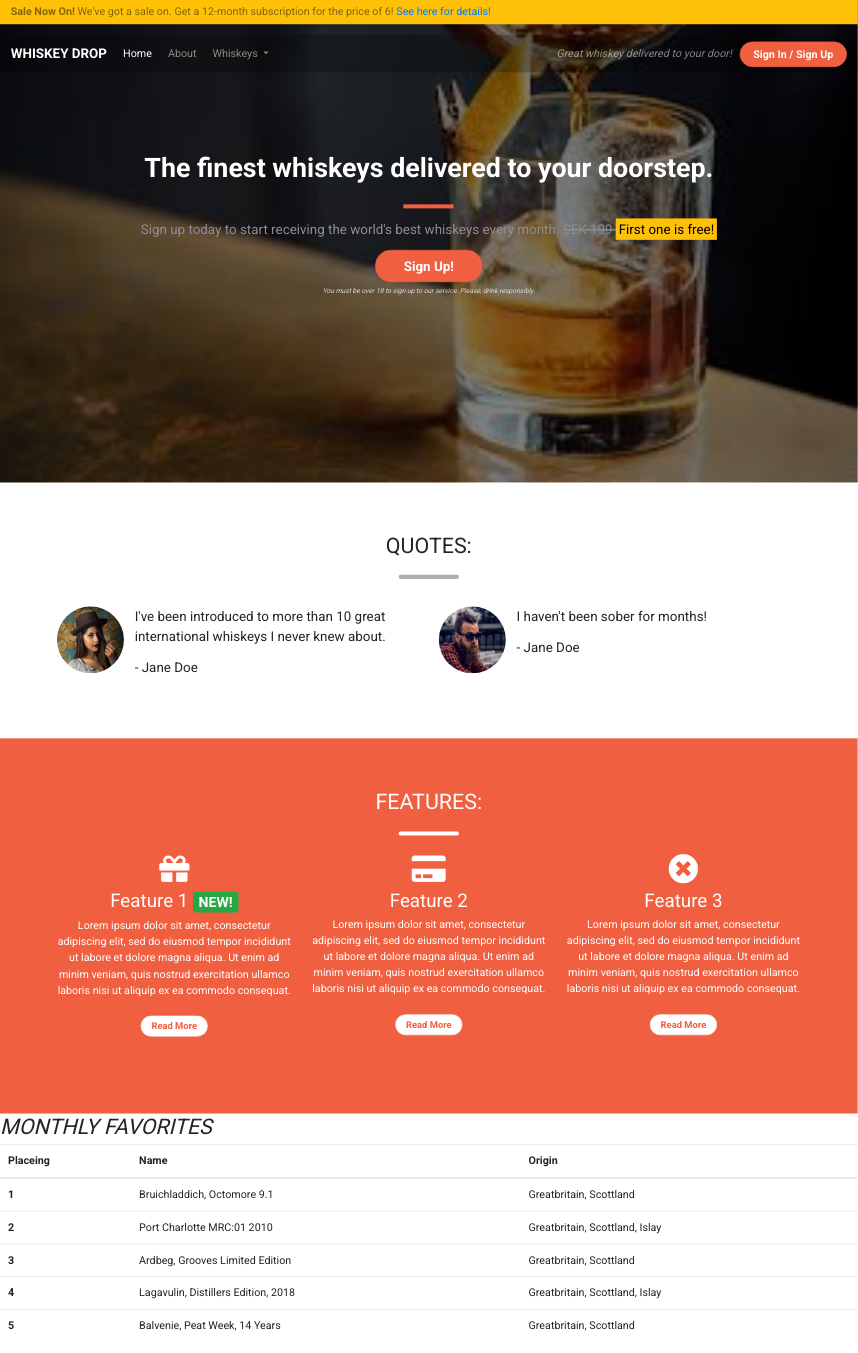
Repository: Jadehammar/Whiskey-drop
Page: index.html
The author's editor kept a record of every edit. The page is drawn from the files as they stood at one moment, then again after the next edit.
The browser window is 1280 px wide. The pictures show the whole page, at 67% of full size.
Backgrounds fixed to the window are drawn as part of the page. Some web libraries are served in a nearby version.

Above is the page before.

### index.html
<!DOCTYPE html>
<html lang="en-us">

<head>
    <meta charset="utf-8">
    <title>Whiskey Drop | Taste a new whiskey every month</title>
    <meta name="viewport" content="width=device-width, initial-scale=1.0">
    <link rel="stylesheet" href="https://maxcdn.bootstrapcdn.com/bootstrap/4.1.3/css/bootstrap.min.css">
    <link rel="stylesheet" href="https://use.fontawesome.com/releases/v5.6.1/css/all.css" integrity="sha384-gfdkjb5BdAXd+lj+gudLWI+BXq4IuLW5IT+brZEZsLFm++aCMlF1V92rMkPaX4PP" crossorigin="anonymous">
    <link href="https://fonts.googleapis.com/css?family=Roboto:400,700" rel="stylesheet">
    <link rel="stylesheet" href="css/style.css" type="text/css" />
</head>

<body>
    <div class="container-fluid navalert-container">
        <div class="container-fluid alert-container">
            <div class="row d-none d-sm-block">
                <div class="col-12">
                    <div class="site-wide-alert alert alert-warning">
                        <strong>Sale Now On!</strong> We've got a sale on. Get a 12-month subscription for the price of 6! <a href="">See here for details!</a>
                    </div>
                </div>
            </div>
        </div>
        <nav class="navbar navbar-dark navbar-expand-sm">
            <a href="/" class="navbar-brand">Whiskey Drop</a>

            <button class="navbar-toggler ml-auto" type="button" data-toggle="collapse" data-target="#navbarNavDropdown" aria-controls="navbarNavDropdown" aria-expanded="false" aria-label="Toggle navigation">
        <span class="navbar-toggler-icon"></span></button>

            <div class="collapse navbar-collapse" id="navbarNavDropdown">
                <ul class="navbar-nav mr-auto">
                    <li class="active nav-item mr-2"><a class="nav-link" href="/">Home</a></li>
                    <li class="nav-item mr-2"><a class="nav-link" href="/about">About</a></li>
                    <li class="nav-item dropdown">
                        <a class="nav-link dropdown-toggle" href="#" id="navbarDropdownMenuLink" role="button" data-toggle="dropdown" aria-haspopup="true" aria-expanded="false">
          Whiskeys
        </a>
                        <div class="dropdown-menu" aria-labelledby="navbarDropdownMenuLink">
                            <a class="dropdown-item" href="#">Irish</a>
                            <a class="dropdown-item" href="#">Scotch</a>
                            <a class="dropdown-item" href="#">Japanese</a>
                            <a class="dropdown-item" href="#">American</a>
                        </div>
                    </li>

                    <li class="nav-item mr-2 d-block d-sm-none"><a class="nav-link" href="/login">Sign In / Sign Up</a></li>
                </ul>
            </div>
            <div class="d-none d-md-block">
                <p class="navbar-text my-auto mr-2"><i>Great whiskey delivered to your door!</i></p>
                <a href="/login" class="btn btn--cta btn--red">Sign In / Sign Up</a>
            </div>
        </nav>
    </div>
    <div class="container-fluid callout-container">
        <!-- Callout -->
        <div class="opaque-overlay">&nbsp;</div>
        <div class="row">
            <div class="col-12">
                <section class="callout jumbotron text-center">
                    <h1 class="jumbotron-header">The finest whiskeys delivered to your doorstep.</h1>
                    <hr class="block-divider block-divider--orange">
                    <p class="lead">Sign up today to start receiving the world's best whiskeys every month.
                        <s class="d-none d-sm-inline">SEK 199 </s>
                        <span class="d-inline d-sm-none"><br></span>
                        <strong><mark>First one is free!</mark></strong></p>
                    <button class="btn btn-lg btn--cta btn--red" data-toggle="modal" data-target="#signUpModal">Sign Up!</button>
                    <p class="text-muted"><small>You must be over 18 to sign up to our service. Please, drink responsibly.</small></p>
                </section>
            </div>
        </div>
        <!-- /.callout -->
    </div>

    <!-- Quotes -->
    <div class="container-wrapper">
        <div class="container quotes-container content-container">
            <section class="quotes">
                <div class="row">
                    <div class="col-12 page-header">
                        <h2 class="text-uppercase">Quotes:</h2>
                        <hr class="block-divider block-divider--short">
                    </div>
                </div>
                <div class="row">
                    <div class="col-12 col-md-6">
                        <div class="media">
                            <div class="d-none d-sm-block">
                                <img src="images/girl-image.png" class="rounded-circle mr-3" height=100 width=100>
                            </div>
                            <div class="media-body">
                                <blockquote class="blockquote">
                                    <p>I've been introduced to more than 10 great international whiskeys I never knew about.</p>
                                    <p>- Jane Doe</p>
                                </blockquote>
                            </div>
                        </div>
                    </div>
                    <div class="col-12 col-md-6">
                        <div class="media">
                            <div class="d-none d-sm-block">
                                <img src="images/guy-image.png" class="rounded-circle mr-3" height=100 width=100>
                            </div>
                            <div class="media-body">
                                <blockquote class="blockquote">
                                    <p>I haven't been sober for months!</p>
                                    <p>- Jane Doe</p>
                                </blockquote>
                            </div>
                        </div>
                    </div>
                </div>
            </section>
            <!-- /.quotes -->
        </div>
    </div>

    <!-- Features -->
    <div class="container-wrapper container-wrapper--red">
        <div class="container features-container content-container">
            <section class="features">
                <div class="row">
                    <div class="col-12 page-header">
                        <h2 class="text-uppercase">Features:</h2>
                        <hr class="block-divider block-divider--short block-divider--white">
                    </div>
                </div>
                <div class="row">
                    <div class="col-12 col-md-6 col-lg-4">
                        <div class="feature">
                            <h3><i class="fas fa-gift d-none d-sm-block"></i> Feature 1 <span class="badge badge-success">NEW!</span></h3>
                            <p>Lorem ipsum dolor sit amet, consectetur adipiscing elit, sed do eiusmod tempor incididunt ut labore et dolore magna aliqua. Ut enim ad minim veniam, quis nostrud exercitation ullamco laboris nisi ut aliquip ex ea commodo consequat.</p>
                            <p><a class="btn btn-sm btn-light btn-primary fn" href="">Read More</a></p>
                        </div>
                    </div>
                    <div class="col-12 col-md-6 col-lg-4">
                        <div class="feature">
                            <h3><i class="fas fa-credit-card d-none d-sm-block"></i> Feature 2</h3>
                            <p>Lorem ipsum dolor sit amet, consectetur adipiscing elit, sed do eiusmod tempor incididunt ut labore et dolore magna aliqua. Ut enim ad minim veniam, quis nostrud exercitation ullamco laboris nisi ut aliquip ex ea commodo consequat.</p>
                            <p><a class="btn btn-sm btn-light btn-primary fn" href="">Read More</a></p>
                        </div>
                    </div>
                    <div class="col-12 d-md-none d-lg-block col-lg-4">
                        <div class="feature">
                            <h3><i class="fas fa-times-circle d-none d-sm-block"></i> Feature 3</h3>
                            <p>Lorem ipsum dolor sit amet, consectetur adipiscing elit, sed do eiusmod tempor incididunt ut labore et dolore magna aliqua. Ut enim ad minim veniam, quis nostrud exercitation ullamco laboris nisi ut aliquip ex ea commodo consequat.</p>
                            <p><a class="btn btn-sm btn-light btn-primary fn" href="">Read More</a></p>
                        </div>
                    </div>
                </div>
            </section>
            <!-- /.features -->
        </div>
    </div>
    <!--table-->
    <section class="Favorites">
        <h2 class="text-uppercase font-italic">Monthly favorites</h2>
        <div class="Favorites">
            <table class="table table-hover">
                <thead>
                    <tr>
                        <th scope="col">Placeing</th>
                        <th scope="col">Name</th>
                        <th scope="col">Origin</th>
                    </tr>
                </thead>
                <tbody>
                    <tr>
                        <th scope="row">1</th>
                        <td>Bruichladdich, Octomore 9.1</td>
                        <td>Greatbritain, Scottland</td>
                    </tr>
                    <tr>
                        <th scope="row">2</th>
                        <td>Port Charlotte MRC:01 2010 </td>
                        <td>Greatbritain, Scottland, Islay</td>
                    </tr>
                    <tr>
                        <th scope="row">3</th>
                        <td>Ardbeg, Grooves Limited Edition</td>
                        <td>Greatbritain, Scottland</td>
                    </tr>
                    <tr>
                        <th scope="row">4</th>
                        <td>Lagavulin, Distillers Edition, 2018</td>
                        <td>Greatbritain, Scottland, Islay</td>
                    </tr>
                    <tr>
                        <th scope="row">5</th>
                        <td>Balvenie, Peat Week, 14 Years</td>
                        <td>Greatbritain, Scottland</td>
                    </tr>
                </tbody>
            </table>
        </div>
    </section>
    <!--table/.-->
    </div>

    <!--Modal-->

    <div class="modal" tabindex="-1" role="dialog" id="SignUpModal">
        <div class="modal-dialog" role="document">
            <div class="modal-content">
                <div class="modal-header">
                    <h5 class="modal-title">Sign Up to Whiskey drop!</h5>
                    <button type="button" class="close" data-dismiss="modal" aria-label="Close">
          <span aria-hidden="true">&times;</span>
        </button>
                </div>
                <div class="modal-body">
                    <form>
                        <div class="form-group">
                            <label for="exampleInputEmail1">Email address</label>
                            <input type="email" class="form-control" id="exampleInputEmail1" aria-describedby="emailHelp" placeholder="Enter email">
                            <small id="emailHelp" class="form-text text-muted">We'll never share your email with anyone else. Only sell it.</small>
                        </div>
                        <div class="form-group">
                            <label for="Password">Password</label>
                            <input type="password" class="form-control" id="Password" placeholder="Password">
                        </div>
                        <div class="form-group">
                            <label for="RepeatPassword">Repeat Password</label>
                            <input type="password" class="form-control" id="RepeatPassword" placeholder="Repeat Password">
                        </div>
                        <button type="submit" class="btn btn-success">Submit</button>
                    </form>
                </div>
            </div>
        </div>
    </div>
    <script src="https://code.jquery.com/jquery-3.3.1.slim.min.js" integrity="sha384-q8i/X+965DzO0rT7abK41JStQIAqVgRVzpbzo5smXKp4YfRvH+8abtTE1Pi6jizo" crossorigin="anonymous"></script>
    <script src="https://cdnjs.cloudflare.com/ajax/libs/popper.js/1.14.7/umd/popper.min.js" integrity="sha384-UO2eT0CpHqdSJQ6hJty5KVphtPhzWj9WO1clHTMGa3JDZwrnQq4sF86dIHNDz0W1" crossorigin="anonymous"></script>
    <script src="https://stackpath.bootstrapcdn.com/bootstrap/4.3.1/js/bootstrap.min.js" integrity="sha384-JjSmVgyd0p3pXB1rRibZUAYoIIy6OrQ6VrjIEaFf/nJGzIxFDsf4x0xIM+B07jRM" crossorigin="anonymous"></script>
</body>

</html>

### css/style.css
body {
    font-family: 'Roboto', sans-serif;
}

.container-wrapper {

}

.container-wrapper--red {
    background-color: #f05f40;
    color: white;
}

.mark,
mark {
    padding: .2em;
    background-color: #ffc107;
}

.alert-container .col-12 {
    padding-left: 0;
    padding-right: 0;
}

.site-wide-alert {
    border-radius: 0;
    padding: 5px 15px;
    color: #856404;
    background-color: #ffc107;
    border-color: #ffc107;
}

.callout-container {
    height: 100vh;
    background: url("../images/whiskey.jpg") no-repeat bottom right fixed;
    -webkit-background-size: cover;
    -moz-background-size: cover;
    -o-background-size: cover;
    background-size: cover;

    display: flex;
    align-items: center;
    justify-content: center;

    position: relative;
}

.quotes-container {}

.features-container {}

.opaque-overlay {
    position: absolute;
    top: 0;
    left: 0;
    height: 100%;
    width: 100%;
    background-color: rgba(0, 0, 0, 0.5);
}

/*Block-dividers*/

.block-divider {
    width: 75px;
    height: 6px;
    border: 0;
}

.block-divider--yellow {
    background-color: #f1ce19
}

.block-divider--orange {
    background-color: #f05f40;
}

.block-divider--short {
    height: 6px;
    border: 0px;
    margin-top: 25px;
    border-radius: 20px;
    width: 90px;
    background-color: #aeaeaa;
}

.block-divider--white {
    background-color: white;
    margin-top: 25px;
    border-radius: 20px;
    width: 90px;
    margin-bottom: 40px;
}

/*Content containers*/

.content-container {
    padding-bottom: 75px;
    padding-top: 75px;
}


/*jumbotron*/

.jumbotron {
    background-color: transparent;
}

.jumbotron small {
    font-size: 10px;
    font-style: italic;
    color: #dad9d3;
}

.jumbotron .lead {
    color: #8f8c98;

}

.jumbotron-header {
    color: white;
    font-weight: bold;
    margin-bottom: 30px;
}

/*navbar*/

.navalert-container {
    position: absolute;
    top: 0;
    left: 0;
    padding-left: 0;
    padding-right: 0;
    z-index: 1;
}

.navbar {
    margin-bottom: 0;
    border: 0;
    background-color: rgba(0, 0, 0, 0.25)
}

.navbar .navbar-toggler {
    border: 0;
}

.navbar-brand {
    text-transform: uppercase;
    font-weight: bold;
}

.navbar navbar-nav a {
    font-weight: bold;

}

/*Buttons*/

.btn--cta {
    font-weight: bold;
    border-radius: 23px;
    width: 160px;
}

.btn--red {
    color: white;
    background-color: #f05f40;
    border-color: #f05f40;
}

.btn-warning {
    color: #212529;
    background-color: #ffc107;
    border-color: #ffc107;
}

.btn-primary.fn:hover {
    margin-left: 0px;
    background-color: green;
    transition: color .5s ease,background-color .5s ease-out;
    transition: border .5s ease, background-color .5s ease-out;
    text-transform: none;
    border: 1px;
    color: #ffffff;
}

/*page-headers*/

.page-header {
    margin-bottom: 0;
    border-bottom: 0;
    text-align: center;
}

.page-header h2 {
    margin-top: 0;
}

.quotes .page-header {
    margin-bottom: 25px;
}

.feature {
    text-align: center;
    margin-bottom: 40px;
}

.feature i {
    margin-bottom: 20px;
    font-size: 45px;
    line-height: 20px;
}

.feature .btn {
    background-color: white;
    border-radius: 15px;
    min-width: 100px;
    font-weight: bold;
    margin-top: 10px;
    color: #f05f40;
}

After the next edit:
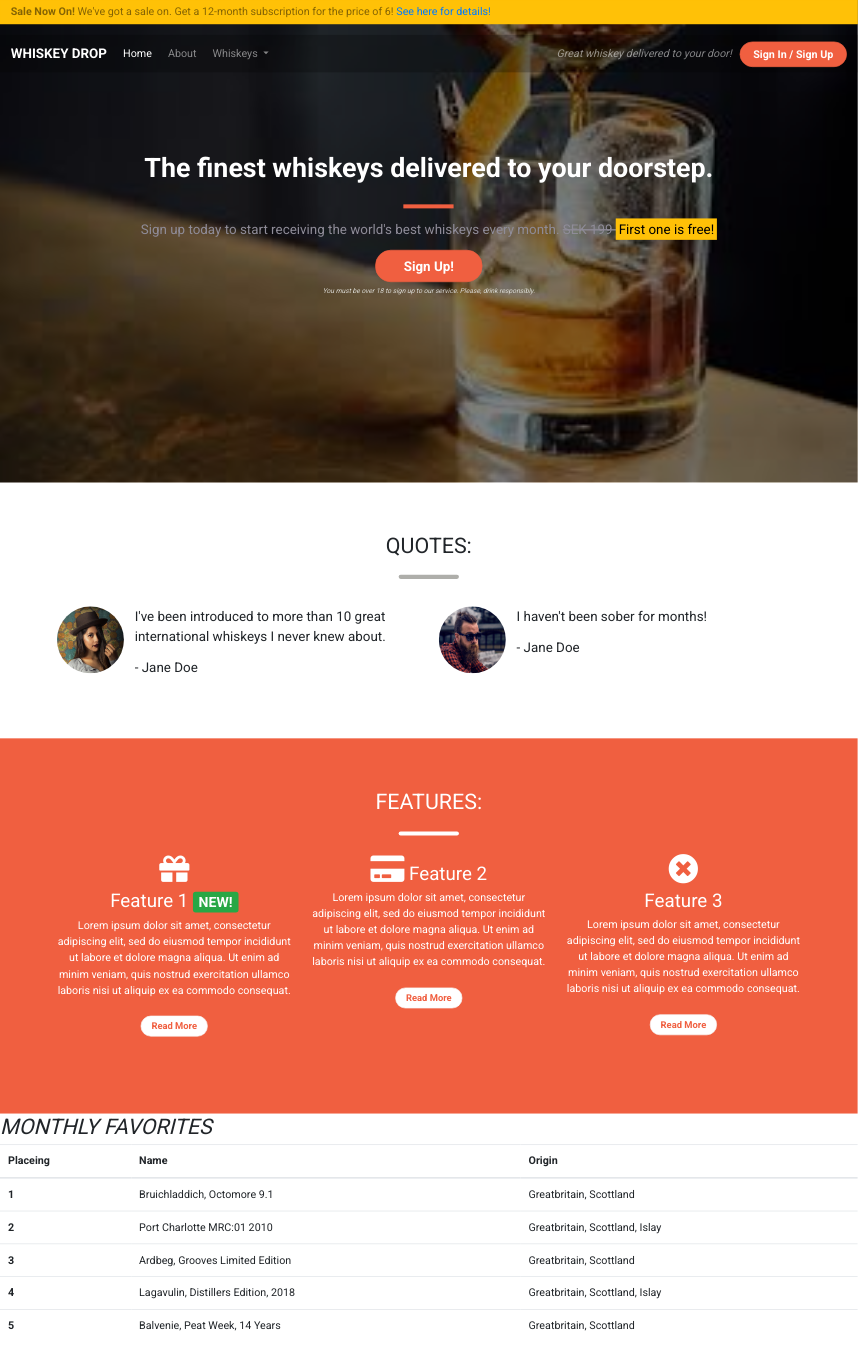
The edit:
--- a/index.html
+++ b/index.html
@@ -136,7 +136,7 @@
                     </div>
                     <div class="col-12 col-md-6 col-lg-4">
                         <div class="feature">
-                            <h3><i class="fas fa-credit-card d-none d-sm-block"></i> Feature 2</h3>
+                            <h3><i class="fas fa-credit-card d-none d-sm-inline"></i> Feature 2</h3>
                             <p>Lorem ipsum dolor sit amet, consectetur adipiscing elit, sed do eiusmod tempor incididunt ut labore et dolore magna aliqua. Ut enim ad minim veniam, quis nostrud exercitation ullamco laboris nisi ut aliquip ex ea commodo consequat.</p>
                             <p><a class="btn btn-sm btn-light btn-primary fn" href="">Read More</a></p>
                         </div>
